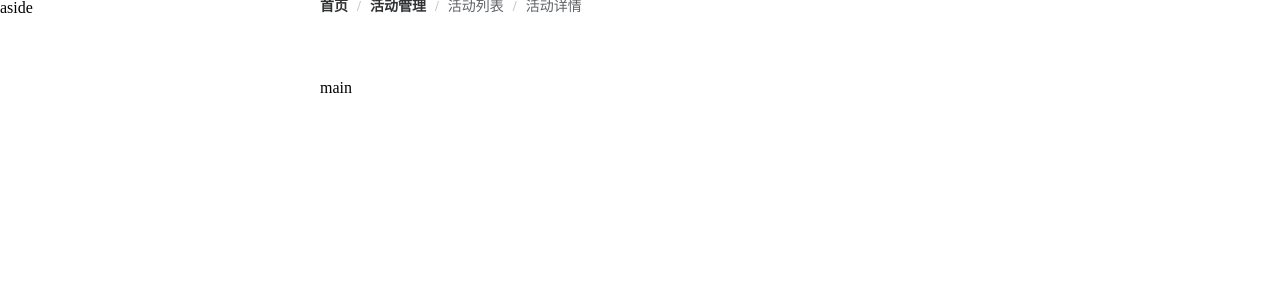
Repository: code1379/vue2-element
Page: /#/home (app in element-admin/)
An editor plug-in stored every save of this project. The page is shown before and after the next save, followed by the edit.
The browser window is 1280 px wide. The pictures show the whole page.
The project was rebuilt for these pictures with package versions that can differ from the ones it lists, and the page was loaded fresh each time. Also part of the build but not shown: element-admin/vue.config.js.

Above is the page before, as saved 2021-06-14 22:07:30.

After the next save:
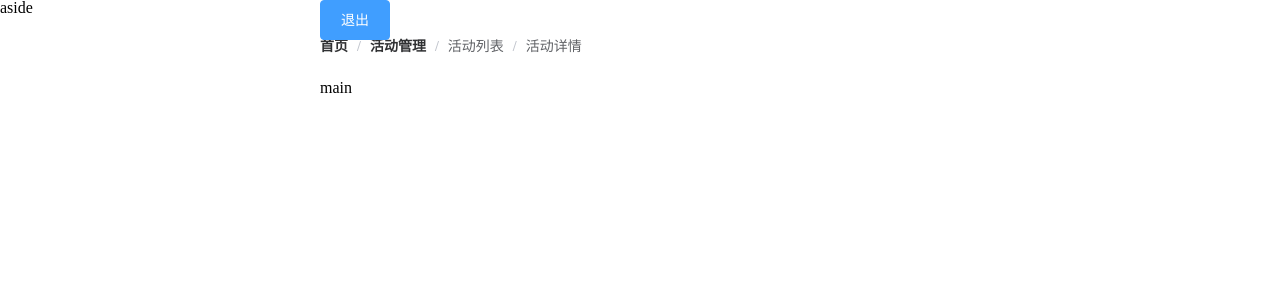
Saved 53 s later.
--- a/element-admin/src/views/home/Home.vue
+++ b/element-admin/src/views/home/Home.vue
@@ -4,6 +4,8 @@
     <el-container>
       <el-header>
         <!-- 退出 -->
+        <el-button type="primary" size="default">退出</el-button>
+
         <!-- 面包屑 -->
         <el-breadcrumb separator="/">
           <el-breadcrumb-item :to="{ path: '/' }">首页</el-breadcrumb-item>
